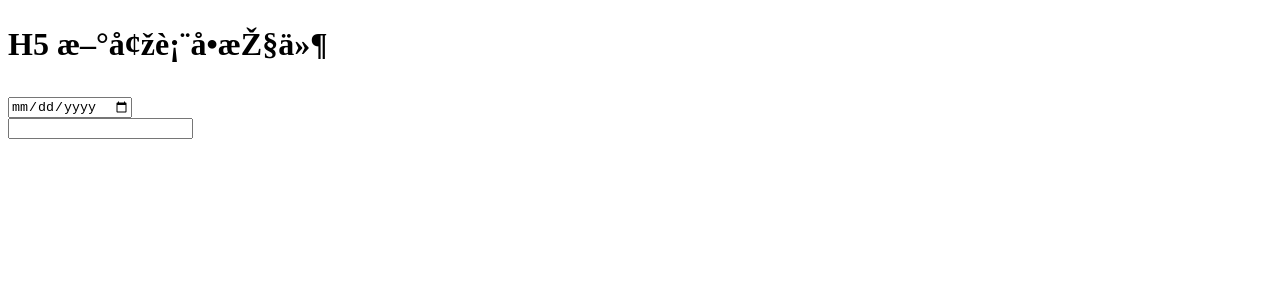
Repository: xiangyu-lin/Python_module
Page: demo/09-dateAndTime/9-7.html
These files come from the project's save history. The page is drawn as it stood at one moment and after the next save; the edit follows.
The browser window is 1280 px wide. The pictures show the whole page.

Above is the page before, as saved 2018-08-21 09:52:39.

After the next save:
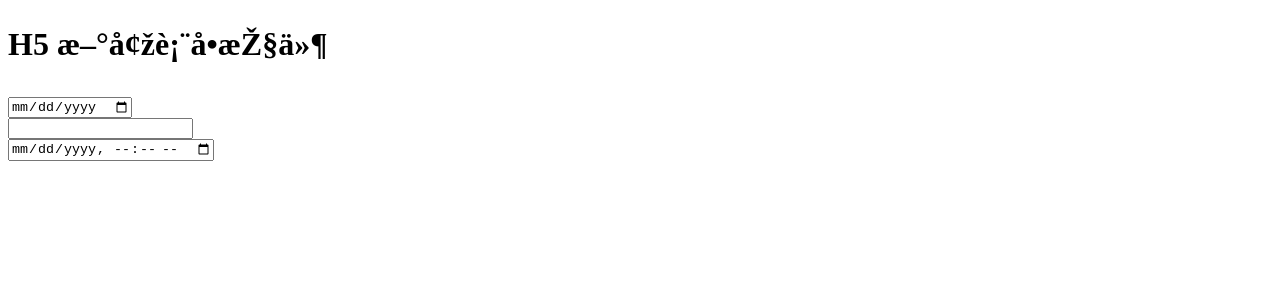
Saved 80 s later.
--- a/demo/09-dateAndTime/9-7.html
+++ b/demo/09-dateAndTime/9-7.html
@@ -7,10 +7,10 @@
 	<body>
 		<h1>H5 新增表单控件</h1>
 		<form action="doAction.php" method="post">
-			<input type="date" name="datetime" id=""/> <br>
+			<input type="date" name="datetime" id=""/><br>
 			<!-- 浏览器不支持下面这个 -->
-			<input type="datetime" name="datetime1" id=""> <br>
-
+			<input type="datetime" name="datetime1" id=""><br>
+			<input type="datetime-local" name= "datetime2" id=""><br>
 		</form>
 	</body>
 </html>
